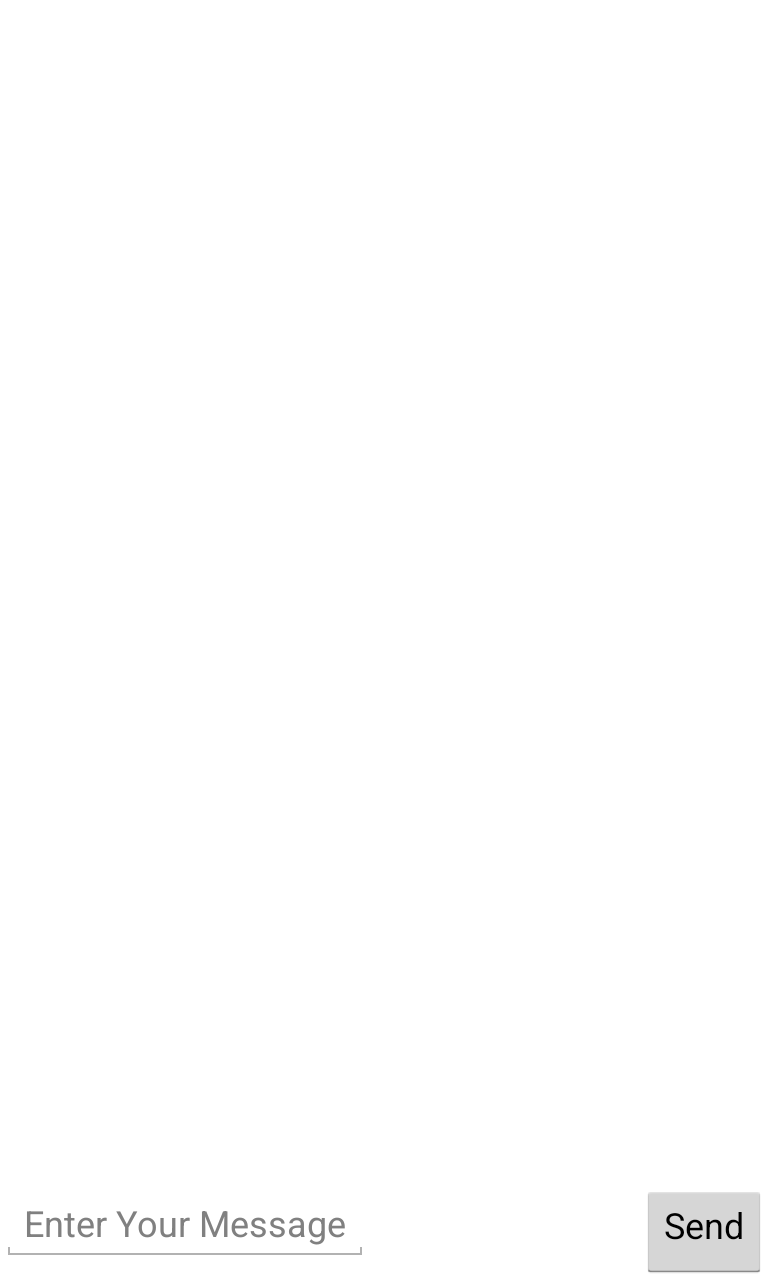
Repository: akshaysoam8/Messenger
Layout: Messenger/Messenger/res/layout/chat_message_send.xml
The author's editor kept a copy of each file at every save. The layout is drawn from the files as they stood at one save, then again after the next save.
It is drawn on a 768 x 1280 px phone screen (xhdpi) without system bars, with theme AppTheme; the app's code is not run. Lists and similar views that code fills are empty.

Above is the layout before, as saved 2014-09-12 21:42:29.

After the next save:
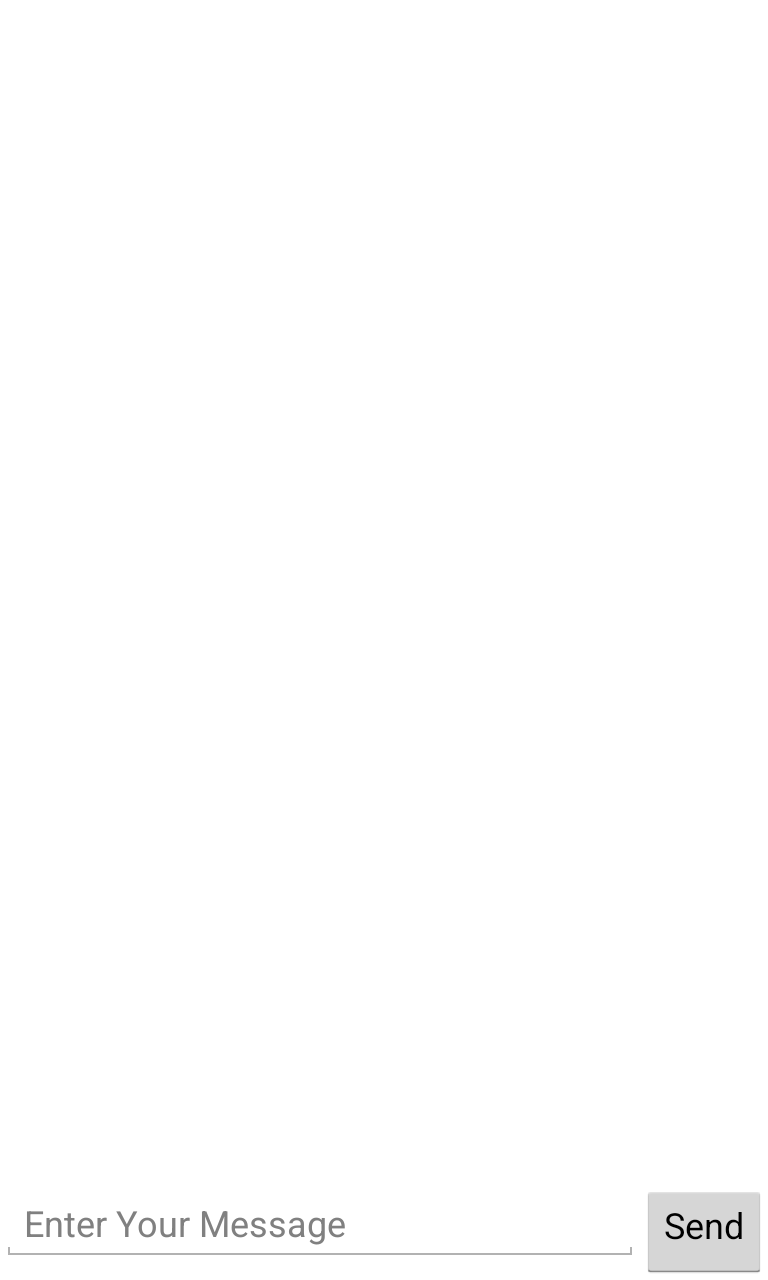
Saved 63 s later.
--- a/Messenger/Messenger/res/layout/chat_message_send.xml
+++ b/Messenger/Messenger/res/layout/chat_message_send.xml
@@ -27,6 +27,8 @@
             android:id="@+id/message"
             android:layout_width="wrap_content"
             android:layout_height="wrap_content"
+            android:layout_alignParentLeft="true"
+            android:layout_toLeftOf="@+id/btn_send"
             android:hint="Enter Your Message" />
 
         <Button
